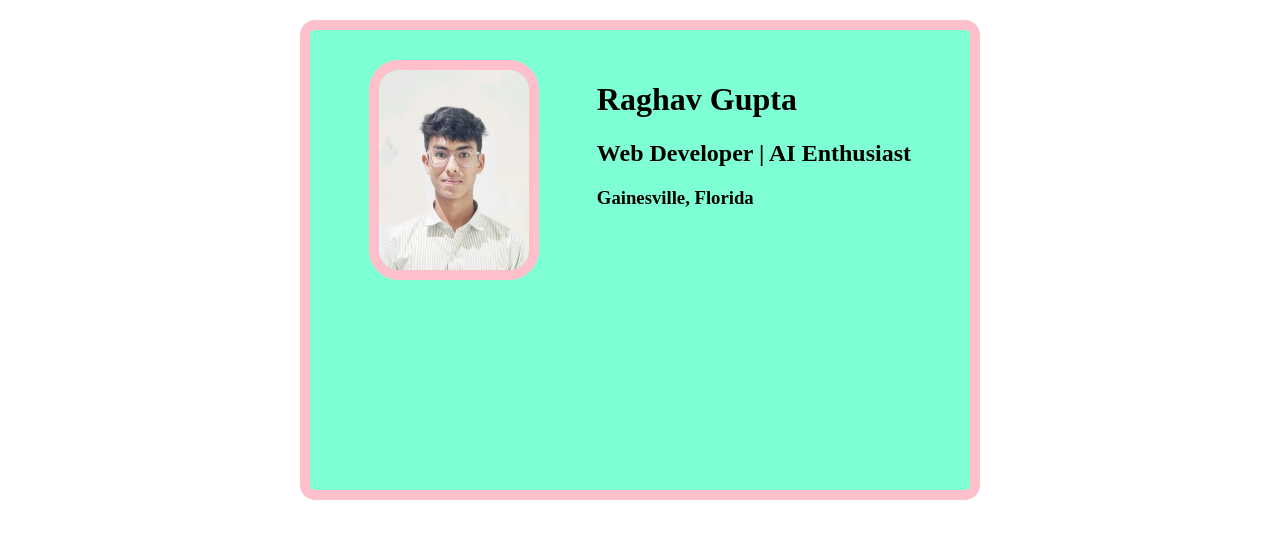
Repository: raghhavv03/html-css-practice
Page: css-task-2/index.html
An editor plug-in stored every save of this project. The page is shown before and after the next save, followed by the edit.
The browser window is 1280 px wide. The pictures show the whole page.

Above is the page before, as saved 2026-02-04 04:04:11.

### css-task-2/index.html
<!DOCTYPE html>
<html>
    <head>
        <title>Visitor Card: Raghav Gupta </title>
        <link rel="stylesheet" href="./style.css">
    </head>
    <body>
        <div class="card pink-border">
            <img src="./profile.jpg" class="profile-pic pink-border" alt="raghav's profile picture">
            <div class="personal-details">
                <h1 class="name">Raghav Gupta</h1>
                <h2 class="title">Web Developer | AI Enthusiast</h2>
                <h3 class="location">Gainesville, Florida</h3>
            </div>
        </div>
    </body>
</html>

### css-task-2/style.css
body {
    margin: 20px;
}

.card {
    width: 600px;
    height: 400px;
    background-color: aquamarine;
    border-radius: 15px;
    padding: 30px;
    display: flex;
    margin-left: auto;
    margin-right: auto;
    justify-content: space-around;
}

.pink-border {
    border: 10px solid pink;
}

.profile-pic {
    width: 150px;
    height: 200px;
    border-radius: 30px;
}

After the next save:
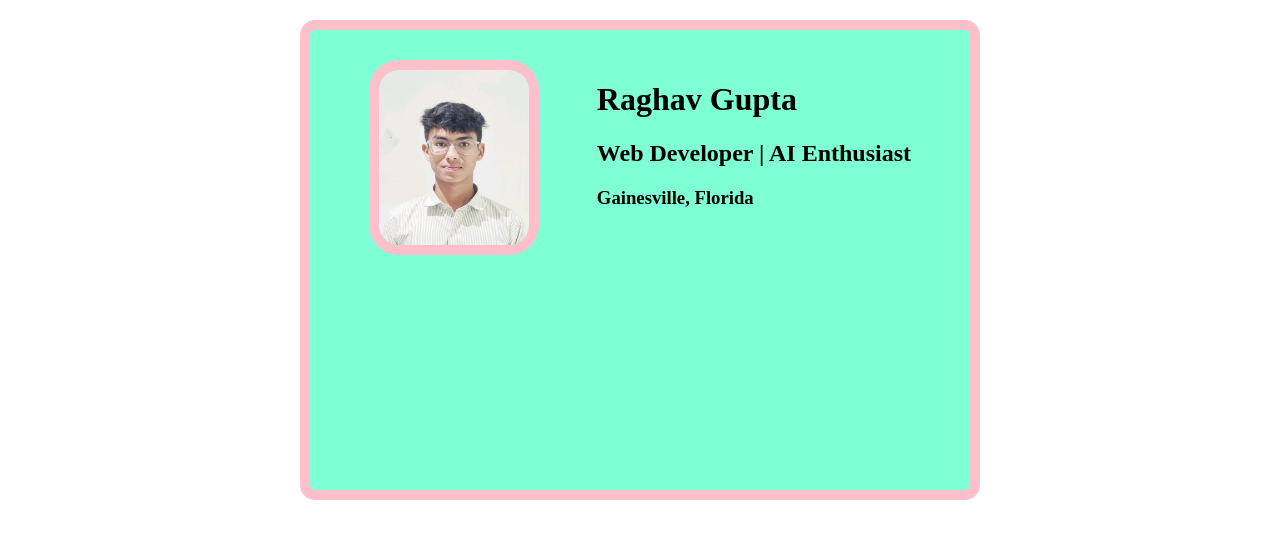
Saved 6 s later.
--- a/css-task-2/style.css
+++ b/css-task-2/style.css
@@ -20,6 +20,6 @@ body {
 
 .profile-pic {
     width: 150px;
-    height: 200px;
+    height: 175px;
     border-radius: 30px;
 }
